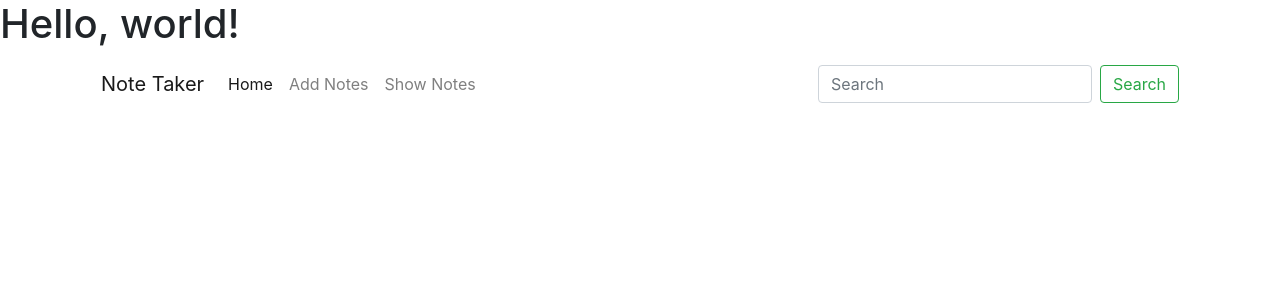
Repository: nayanchy123456/TODO-Project
Page: http://localhost/NoteTaker/
An editor plug-in stored every save of this project. The page is shown before and after the next save, followed by the edit.
The browser window is 1280 px wide. The pictures show the whole page.
Some web libraries are served in a nearby version. The page is served by Tomcat 10. Other server files are loaded and not shown.

Above is the page before, as saved 2024-09-03 10:23:38.

### TODO webApplication/NoteTaker/src/main/webapp/index.jsp
<!doctype html>
<html lang="en">
  <head>
    <!-- Required meta tags -->
    <meta charset="utf-8">
    <meta name="viewport" content="width=device-width, initial-scale=1, shrink-to-fit=no">

    <!-- Bootstrap CSS -->
    <link rel="stylesheet" href="https://cdn.jsdelivr.net/npm/bootstrap@4.0.0/dist/css/bootstrap.min.css" integrity="sha384-Gn5384xqQ1aoWXA+058RXPxPg6fy4IWvTNh0E263XmFcJlSAwiGgFAW/dAiS6JXm" crossorigin="anonymous">

	<link href="css/style.css" rel="stylesheet">
    <title>Hello, world!</title>
  </head>
  <body>
    <h1>Hello, world!</h1>

    <div class = "container">
    	<%@include file = "navbar.jsp" %>


    </div>






    <!-- Optional JavaScript -->
    <!-- jQuery first, then Popper.js, then Bootstrap JS -->
    <script src="https://code.jquery.com/jquery-3.2.1.slim.min.js" integrity="sha384-KJ3o2DKtIkvYIK3UENzmM7KCkRr/rE9/Qpg6aAZGJwFDMVNA/GpGFF93hXpG5KkN" crossorigin="anonymous"></script>
    <script src="https://cdn.jsdelivr.net/npm/popper.js@1.12.9/dist/umd/popper.min.js" integrity="sha384-ApNbgh9B+Y1QKtv3Rn7W3mgPxhU9K/ScQsAP7hUibX39j7fakFPskvXusvfa0b4Q" crossorigin="anonymous"></script>
    <script src="https://cdn.jsdelivr.net/npm/bootstrap@4.0.0/dist/js/bootstrap.min.js" integrity="sha384-JZR6Spejh4U02d8jOt6vLEHfe/JQGiRRSQQxSfFWpi1MquVdAyjUar5+76PVCmYl" crossorigin="anonymous"></script>
  </body>
</html>

### TODO webApplication/NoteTaker/src/main/webapp/navbar.jsp
<nav class="navbar navbar-expand-lg navbar-light purple">
  <a class="navbar-brand" href="#">Note Taker</a>
  <button class="navbar-toggler" type="button" data-toggle="collapse" data-target="#navbarSupportedContent" aria-controls="navbarSupportedContent" aria-expanded="false" aria-label="Toggle navigation">
    <span class="navbar-toggler-icon"></span>
  </button>

  <div class="collapse navbar-collapse" id="navbarSupportedContent">
    <ul class="navbar-nav mr-auto">
      <li class="nav-item active">
        <a class="nav-link" href="#">Home <span class="sr-only">(current)</span></a>
      </li>
      <li class="nav-item">
        <a class="nav-link" href="#">Add Notes</a>
      </li>

      <li class="nav-item">
        <a class="nav-link " href="#">Show Notes</a>
      </li>
    </ul>
    <form class="form-inline my-2 my-lg-0">
      <input class="form-control mr-sm-2" type="search" placeholder="Search" aria-label="Search">
      <button class="btn btn-outline-success my-2 my-sm-0" type="submit">Search</button>
    </form>
  </div>
</nav>

### TODO webApplication/NoteTaker/src/main/webapp/css/style.css
.purple{

	background: 4A148C;
}

After the next save:
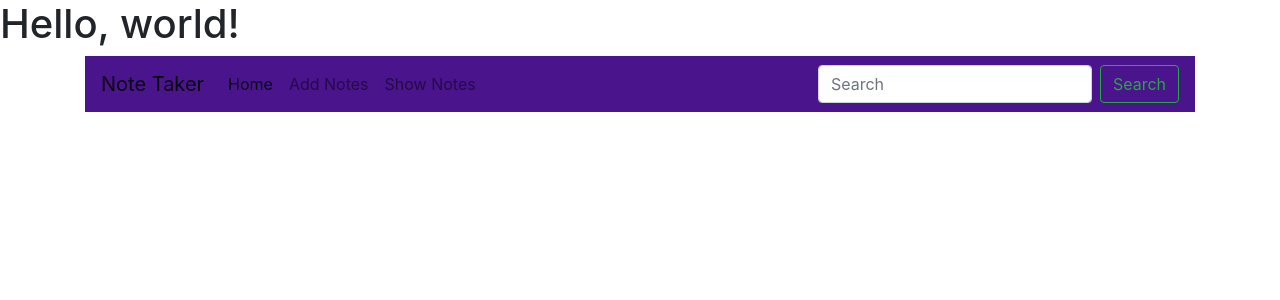
Saved 35 s later.
--- a/TODO webApplication/NoteTaker/src/main/webapp/css/style.css
+++ b/TODO webApplication/NoteTaker/src/main/webapp/css/style.css
@@ -1,4 +1,4 @@
 .purple{
 
-	background: 4A148C;
+	background: #4A148C;
 }
